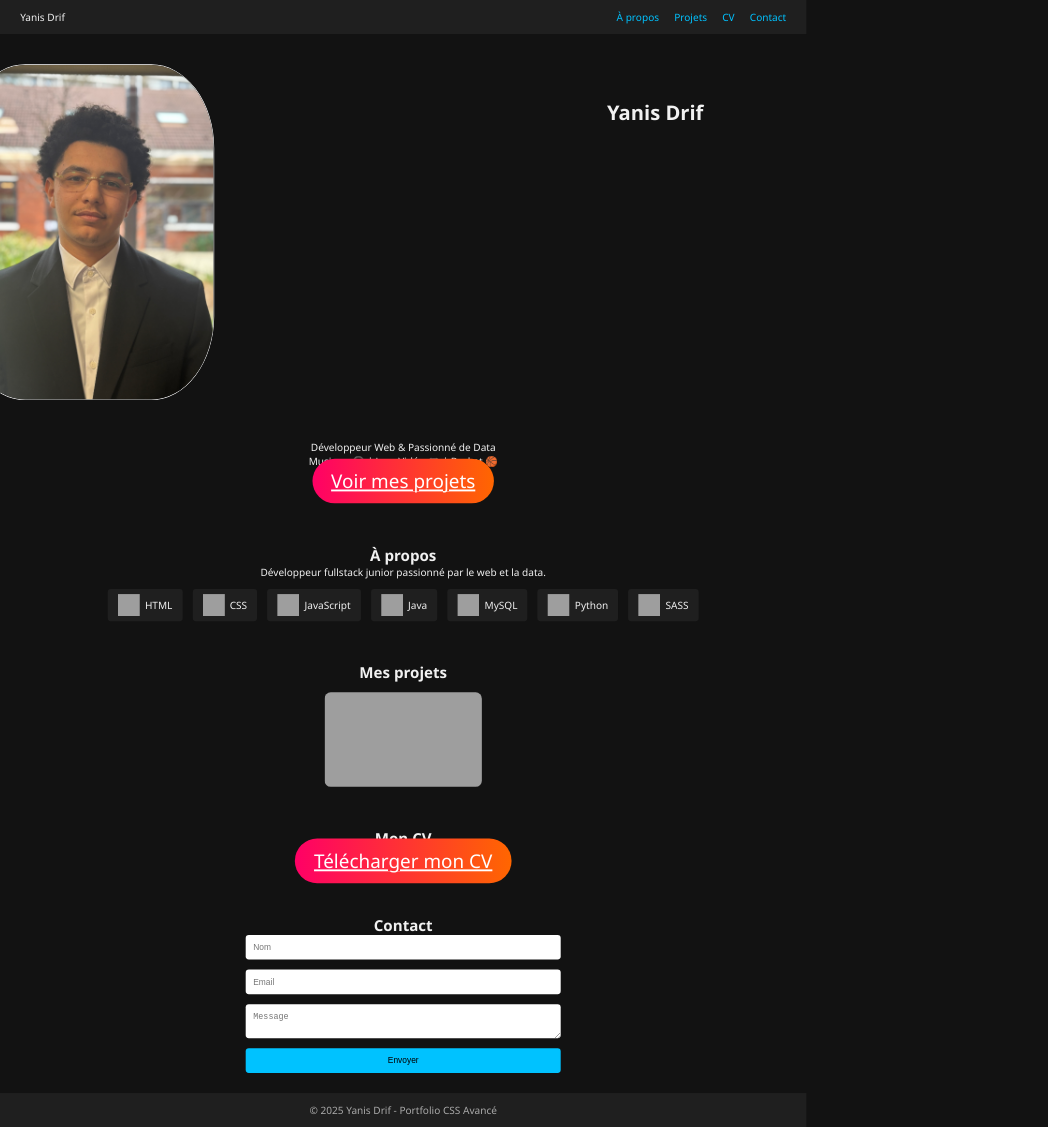
Repository: Yxniiss/ProjetCssAvance
Page: OneDrive/Bureau/Portfolio DrifYanis/home.html
An editor plug-in stored every save of this project. The page is shown before and after the next save, followed by the edit.
The browser window is 1280 px wide. The page is 1664 px wide, then 1614 px, so the pictures cover 1664 px, including what lies to the right of the window. The pictures show the whole page, at 63% of full size.
Pictures or frames that could not be fetched are drawn as grey boxes.

Above is the page before, as saved 2025-04-10 10:29:35.
Console error: TypeError: Cannot set properties of null (setting 'textContent')

### OneDrive/Bureau/Portfolio DrifYanis/home.html
<!DOCTYPE html>
<html lang="fr">
<head>
  <meta charset="UTF-8" />
  <meta name="viewport" content="width=device-width, initial-scale=1.0" />
  <title>Portfolio - Yanis Drif</title>
  <link rel="stylesheet" href="/style.css" />
  <script defer src="/script.js"></script>
</head>
<body>
  <nav class="navbar">
    <div class="logo">Yanis Drif</div>
    <ul class="nav-links">
      <li><a href="#apropos">À propos</a></li>
      <li><a href="#projets">Projets</a></li>
      <li><a href="#cv">CV</a></li>
      <li><a href="#contact">Contact</a></li>
    </ul>
  </nav>

  <header class="hero">
    <div class="hero__content">
      <img src="/image/IMG_0965 (2).jpeg" alt="Photo de profil" class="hero__image" />
      <h1 class="hero__name">Yanis Drif</h1>
      <p class="hero__tagline">Développeur <span>Web</span> & Passionné de Data</p>
      <p class="hero__desc">Musique 🎧 | Jeux Vidéo 🎮 | Basket 🏀</p>
      <a href="#projets" class="btn">Voir mes projets</a>
    </div>
  </header>

  <section id="apropos" class="section about">
    <h2>À propos</h2>
    <p>Développeur fullstack junior passionné par le web et la data.</p>
    <div class="skills">
      <div class="skill"><img src="https://devicon-website.vercel.app/api/html5/original-wordmark.svg" alt="HTML">HTML</div>
      <div class="skill"><img src="https://devicon-website.vercel.app/api/css3/original-wordmark.svg" alt="CSS">CSS</div>
      <div class="skill"><img src="https://devicon-website.vercel.app/api/javascript/original.svg" alt="JavaScript">JavaScript</div>
      <div class="skill"><img src="https://devicon-website.vercel.app/api/java/original-wordmark.svg" alt="Java">Java</div>
      <div class="skill"><img src="https://devicon-website.vercel.app/api/mysql/plain-wordmark.svg" alt="MySQL">MySQL</div>
      <div class="skill"><img src="https://devicon-website.vercel.app/api/python/original-wordmark.svg" alt="Python">Python</div>
      <div class="skill"><img src="https://devicon-website.vercel.app/api/sass/original.svg" alt="SASS">SASS</div>
    </div>
  </section>

  <section id="projets" class="section projets">
    <h2>Mes projets</h2>
    <div class="projects carousel">
      <img src="img/Capture d'écran 2025-04-09 23345.png" alt="Projet 1"/>
      <img src="/img/Capture d'écran 2025-04-09 12402 (1).png" alt="Projet 2" />
      <img src="/img/ChatGPT Image 9 avr. 2025, 23_49_51.png" alt="Projet 3" />
    </div>
  </section>

  <section id="cv" class="section cv">
    <h2>Mon CV</h2>
    <a href="/doc/CV Yanis (1) (1).pdf" download class="btn">Télécharger mon CV</a>
  </section>

  <section id="contact" class="section contact">
    <h2>Contact</h2>
    <form class="contact-form">
      <input type="text" placeholder="Nom" required />
      <input type="email" placeholder="Email" required />
      <textarea placeholder="Message" required></textarea>
      <button type="submit">Envoyer</button>
    </form>
  </section>

  <footer>
    <p>&copy; 2025 Yanis Drif - Portfolio CSS Avancé</p>
  </footer>
</body>
</html>

### OneDrive/Bureau/Portfolio DrifYanis/style.css
* {
    margin: 0;
    padding: 0;
    box-sizing: border-box;
  }

  body {
    font-family: "Segoe UI", sans-serif;
    background-color: #121212;
    color: #f1f1f1;
  }

  .navbar {
    display: flex;
    justify-content: space-between;
    padding: 1rem 2rem;
    background-color: #1f1f1f;
  }

  .nav-links {
    display: flex;
    list-style: none;
    gap: 1.5rem;
  }

  .nav-links a {
    color: #00c2ff;
    text-decoration: none;
  }

  .hero {
    padding: 3rem 1rem;
    text-align: center;

  }

  .hero__name{
    position: relative;
    left: 400px;
    bottom:500px;

  }

  .hero__image {
    border-radius: 25%;
    width: 400px;
    border: 1px solid #ffffff;
    margin-bottom: 1rem;
    position: relative;
    right:500px ;
  }

  .section {
    padding: 2rem 1rem;
    text-align: center;
  }

  .projects {
    display: flex;
    justify-content: center;
    gap: 1rem;
    flex-wrap: wrap;
    margin-top: 1rem;
  }

  .projects img {
    width: 250px;
    height: 150px;
    -o-object-fit: cover;
       object-fit: cover;
    border-radius: 10px;
  }

  .skills {
    display: flex;
    flex-wrap: wrap;
    gap: 1rem;
    justify-content: center;
    margin-top: 1rem;
  }

  .skill {
    display: flex;
    align-items: center;
    gap: 0.5rem;
    background-color: #1f1f1f;
    padding: 0.5rem 1rem;
    border-radius: 5px;
  }

  .skill img {
    width: 35px;
    height: 35px;
  }

  footer {
    padding: 1rem;
    text-align: center;
    background-color: #1f1f1f;
    color: #aaa;
  }

  .btn {
    padding: 15px 30px;
    font-size: 30px;
    color:white;
    background: linear-gradient(90deg, #ff0066, #ff6600);
    border:none;
    border-radius: 50px;
    cursor: pointer;
    box-shadow: 0 4px 15px rgba(255,0,102,0);
    transition: box-shadow 0.3s ease, transform 0.3s ease;
  }

  .btn:hover{
    box-shadow: 0 10px 20px rgba(255,0,102,0.5);
    transform: translateY(-3px);
  }

  .contact-form {
    max-width: 500px;
    margin: auto;
    display: flex;
    flex-direction: column;
    gap: 1rem;
  }

  .contact-form input,
  .contact-form textarea {
    padding: 0.75rem;
    border: none;
    border-radius: 5px;
  }

  .contact-form button {
    background-color: #00c2ff;
    color: #000;
    padding: 0.75rem;
    border: none;
    border-radius: 5px;
    cursor: pointer;
  }

  .start h1{
    text-align: left;
    margin-top: 100px;
    font-size: 35px;
    margin-left: 100px;
  }

  .start h2{
    text-align: left;
    margin-top: 1px;
    font-size: 70px;
    margin-left: 100px;
  }

  .start h3{
    text-align: left;
    margin-top: 1px;
    font-size: 35px;
    margin-left: 100px;
  }

  #mot {
    color:#00c2ff;
  }

  #cursor{
    display: inline-block;
    width: 10px;
    background-color:black;
    animation: blink 0.8s step-end infinite;
  }

  @keyframes blink{
    50% {
      opacity: 0;
    }
  }

  @keyframes typing{
    from{
      width: 0;
    }
    to{
      width: 100%;
    }
  }

  #main{
    opacity: 0;
    transform: translateY(0);
    transition: opacity 5s ease, transform 5s ease;
  }

  body.loaded #main{
    opacity: 1;
    transform: translateY(0);
  }


  .start p{
    text-align: left;
    margin-left: 100px;
    margin-top: 20px;
    font-size: 20px;
  }

  .ntwrks {
    position: absolute;
    top: 410px;
    left: 110px;
    display: flex;
    flex-wrap: wrap;
    gap: 1rem;
  }

  .ntwrk {
    display: flex;
    align-items: center;
    gap: 0.5rem;
    background-color: #1f1f1f;
    padding: 1rem 1rem;
    border-radius: 100px;
    transition: 0.3s ease, opacity 0.3s ease;
  }

  .ntwrk:hover{
    transform: scale(1.2);
    opacity: 0.8;
  }

  .ntwrk img {
    width: 30px;
    height: 30px;
  }

  .modern-button{
    background-color:#00c2ff;
    font-size: 16px;
    font-weight: bold;
    border:none;
    padding: 15px 30px;
    border-radius: 25px;
    cursor: pointer;
    outline: none;
    position: relative;
    right:550px;
    top:120px;
    animation:glow 1.5s infinite alternate;
    transition: 0.3s ease, opacity 0.3s ease;
  }

  .modern-button a{
    color:white;
    text-decoration: none;
  }

  .modern-button:hover{
    transform: scale(1.2);
    opacity: 1;
  }

  @keyframes glow{
    0%{
      box-shadow: 0 0 10px 5px rgba(0, 194, 255, 0.6), 0 0 20px 10px rgba(0, 194, 255, 0.4);
    }
    100%{
      box-shadow: 0 0 20px 10px rgba(0, 194, 255, 1), 0 0 30px 15px rgba(0, 194, 255, 0.8);
    }
  }

  .image{
    max-width: 30%;
    position: relative;
    bottom: 350px;
    left: 350px;
  }

### OneDrive/Bureau/Portfolio DrifYanis/script.js

document.addEventListener('DOMContentLoaded', () => {
    // Scroll fluide
    document.querySelectorAll('a[href^="#"]').forEach(anchor => {
      anchor.addEventListener('click', function (e) {
        e.preventDefault();
        const target = document.querySelector(this.getAttribute('href'));
        if (target) {
          target.scrollIntoView({ behavior: 'smooth' });
        }
      });
    });

    // Carrousel automatique
    const images = document.querySelectorAll('.carousel img');
    let currentIndex = 0;

    function showSlide(index) {
      images.forEach((img, i) => {
        img.style.display = i === index ? 'block' : 'none';
      });
    }

    function nextSlide() {
      currentIndex = (currentIndex + 1) % images.length;
      showSlide(currentIndex);
    }

    if (images.length > 0) {
      showSlide(currentIndex);
      setInterval(nextSlide, 3000); // change every 3 seconds
    }
  });

  const mot = ["Etudiant", "Developpeur web", "Pasionné de code","Developpeur fullstack"];
  let index = 0;
  const element = document.getElementById("mot");
  const cursor = document.getElementById("cursor");

  let typingInterval;
  let currentWord = "";
  let currentCharIndex = 0;

  function  commencerTypingAnimation(){
    currentWord=mot[index];
    currentCharIndex = 0;
    element.textContent = '';

    typingInterval = setInterval(() =>{
      element.textContent += currentWord.charAt(currentCharIndex);
      currentCharIndex++;

      if(currentCharIndex === currentWord.length){
        clearInterval(typingInterval);
        setTimeout(changerMot,1000);
      }
    },150);
  }

  function changerMot(){
    element.textContent=mot[index];
    index++;
    if(index===mot.length){
      index=0;
    }
    commencerTypingAnimation();
  }
  commencerTypingAnimation();

  window.addEventListener('load', function () {
    document.body.classList.add('loaded');
  });

After the next save:
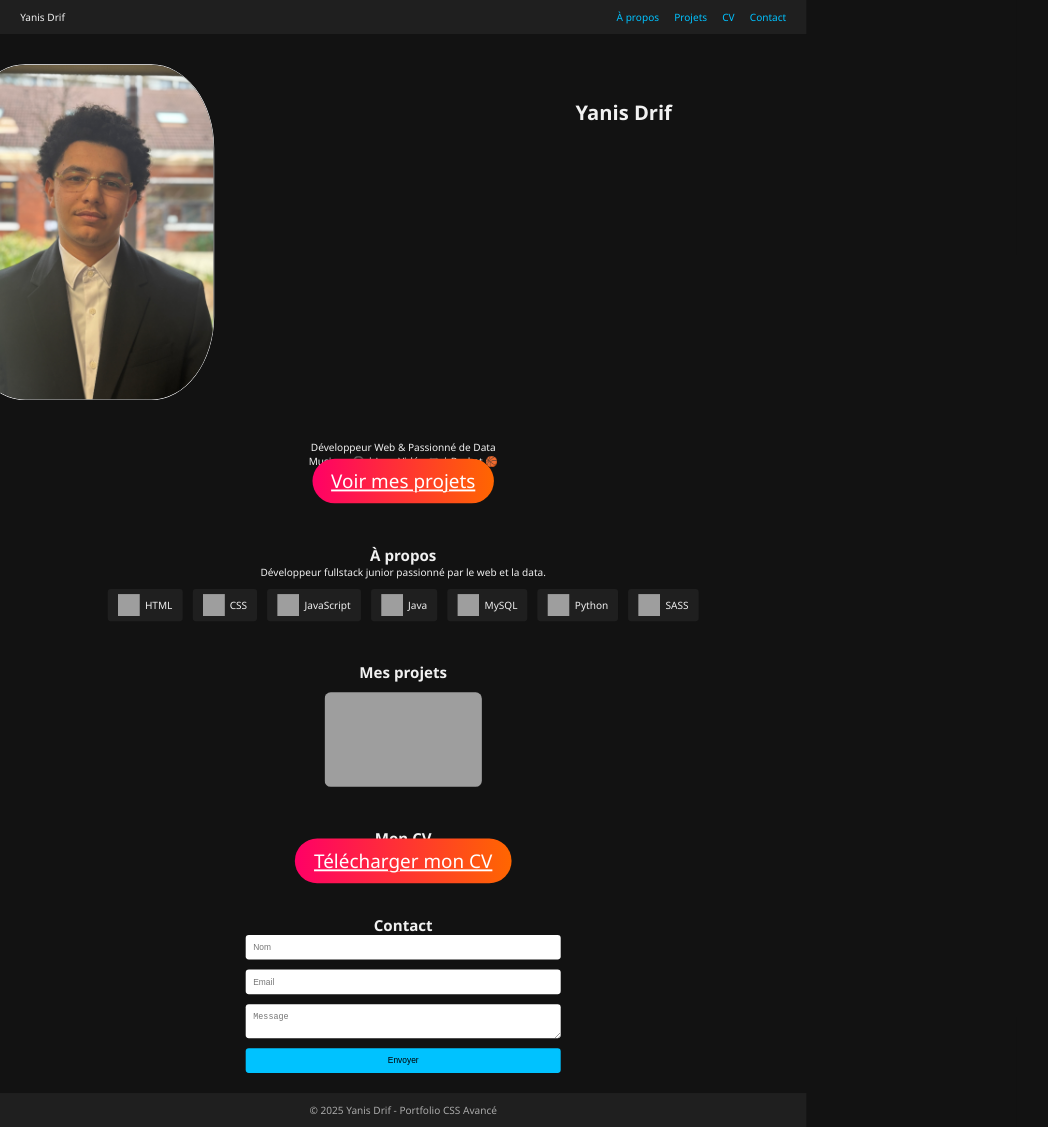
Saved 15 s later.
--- a/OneDrive/Bureau/Portfolio DrifYanis/style.css
+++ b/OneDrive/Bureau/Portfolio DrifYanis/style.css
@@ -36,7 +36,7 @@
 
   .hero__name{
     position: relative;
-    left: 400px;
+    left: 350px;
     bottom:500px;
 
   }
